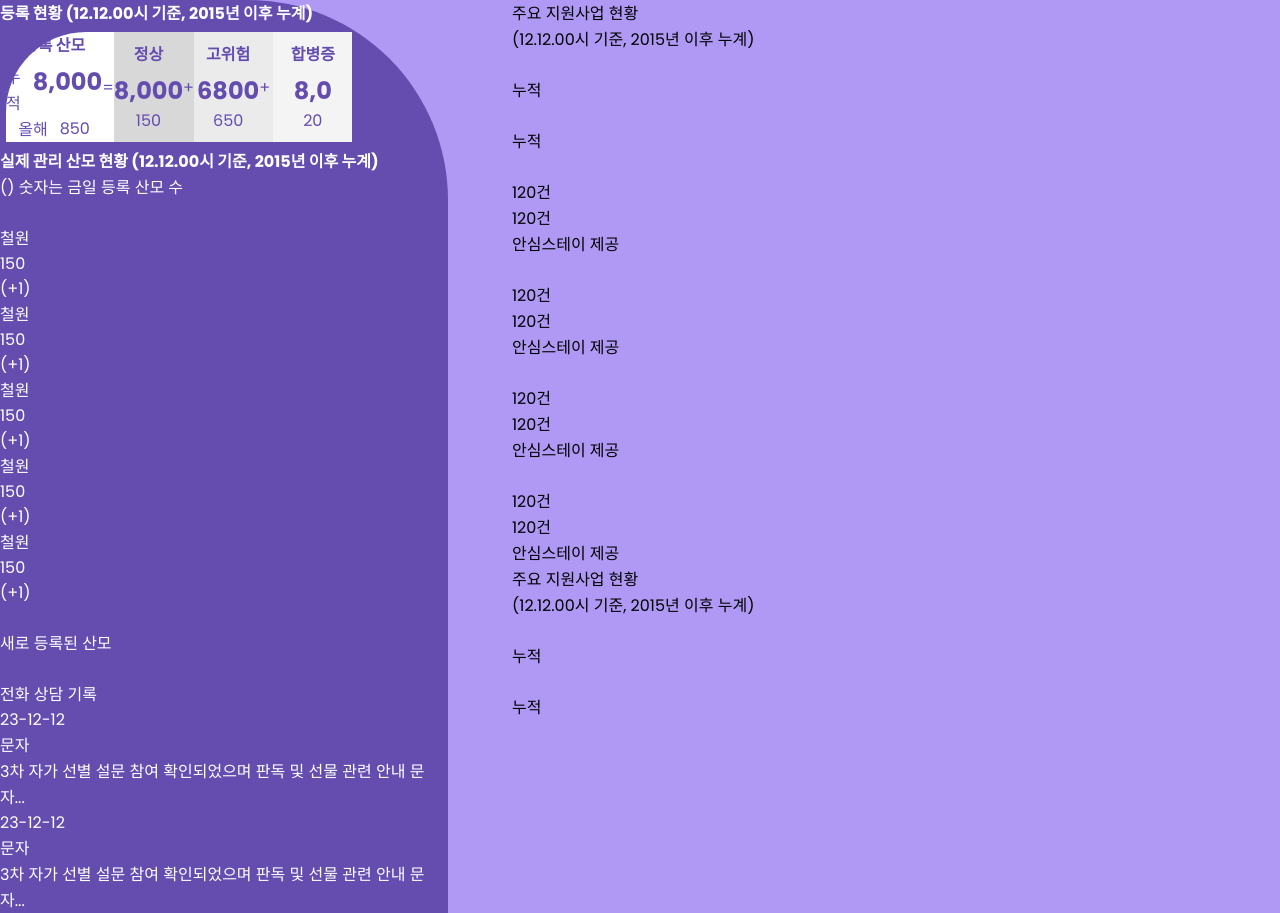
Repository: giapchicuong/Perganancy_Web
Page: index.html
An editor plug-in stored every save of this project. The page is shown before and after the next save, followed by the edit.
The browser window is 1280 px wide. The pictures show the whole page.

Above is the page before, as saved 2024-03-06 13:46:56.

After the next save:
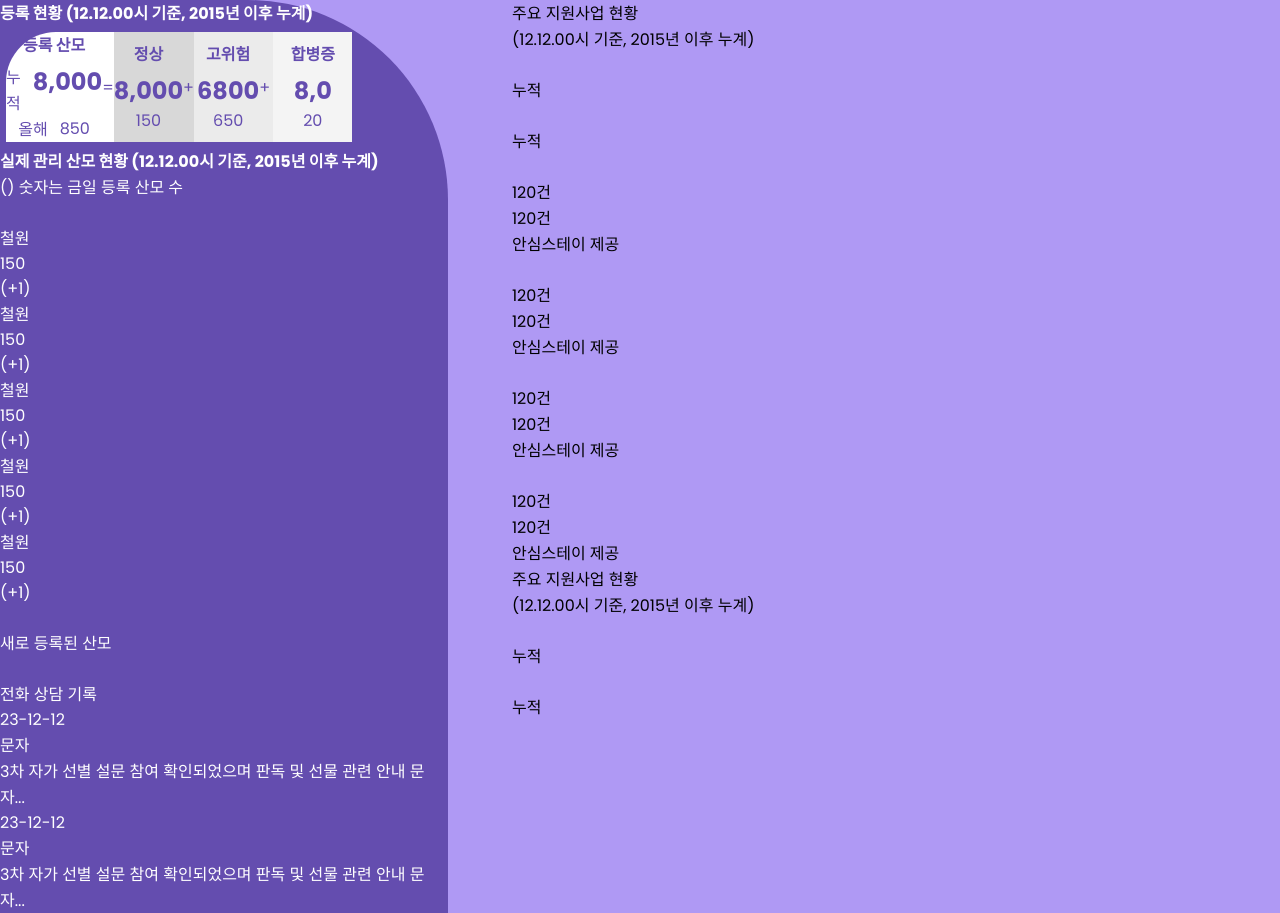
Saved 28 s later.
--- a/assets/style.css
+++ b/assets/style.css
@@ -32,7 +32,7 @@
     width: 50%;
     background-color: var(--white);
     color: var(--primary);
-    border-top-left-radius: 80px 80px;
+    border-top-left-radius: 50px;
 }
 .advertising-left__item2 {
     display: flex;
